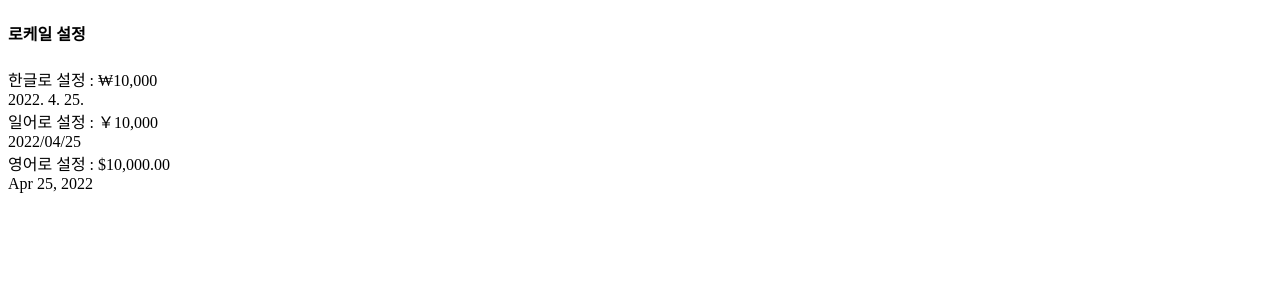
Repository: Suminmer/JSP-practice
Page: http://localhost/MustHaveJSP/11JSTL/etc/Fmt3.jsp
The author's editor kept a copy of each file at every save. The page is drawn from the files as they stood at one save, then again after the next save.
The browser window is 1280 px wide. The pictures show the whole page.
The page is served by Tomcat 9.

Above is the page before, as saved 2022-04-25 13:52:05.

After the next save:
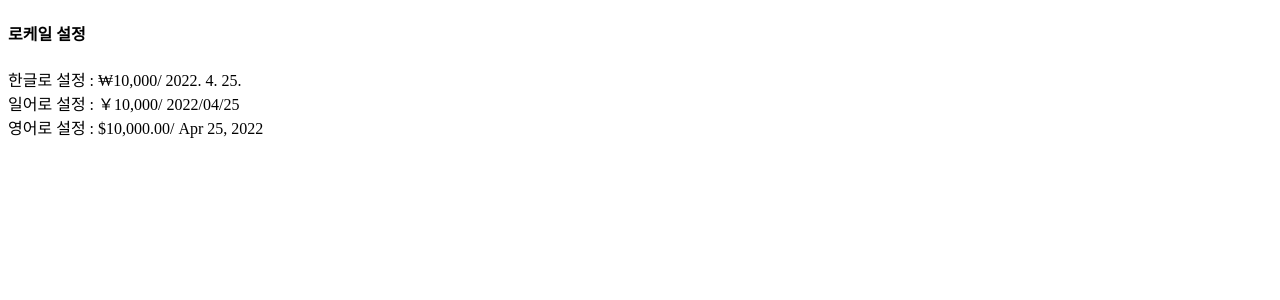
Saved 40 s later.
--- a/MustHaveJSP/src/main/webapp/11JSTL/etc/Fmt3.jsp
+++ b/MustHaveJSP/src/main/webapp/11JSTL/etc/Fmt3.jsp
@@ -13,15 +13,15 @@
 	<c:set var="today" value="<%=new java.util.Date()%>"/>
 
 	한글로 설정 : <fmt:setLocale value="ko_kr"/>
-	<fmt:formatNumber value="10000" type="currency"/><br/>
+	<fmt:formatNumber value="10000" type="currency"/>/
 	<fmt:formatDate value="${today}"/><br/>
 
 	일어로 설정 : <fmt:setLocale value="ja_JP"/>
-	<fmt:formatNumber value="10000" type="currency"/><br/>
+	<fmt:formatNumber value="10000" type="currency"/>/
 	<fmt:formatDate value="${today}"/><br/>
 
 	영어로 설정 : <fmt:setLocale value="en_US"/>
-	<fmt:formatNumber value="10000" type="currency"/><br/>
+	<fmt:formatNumber value="10000" type="currency"/>/
 	<fmt:formatDate value="${today}"/>
 </body>
 </html>
